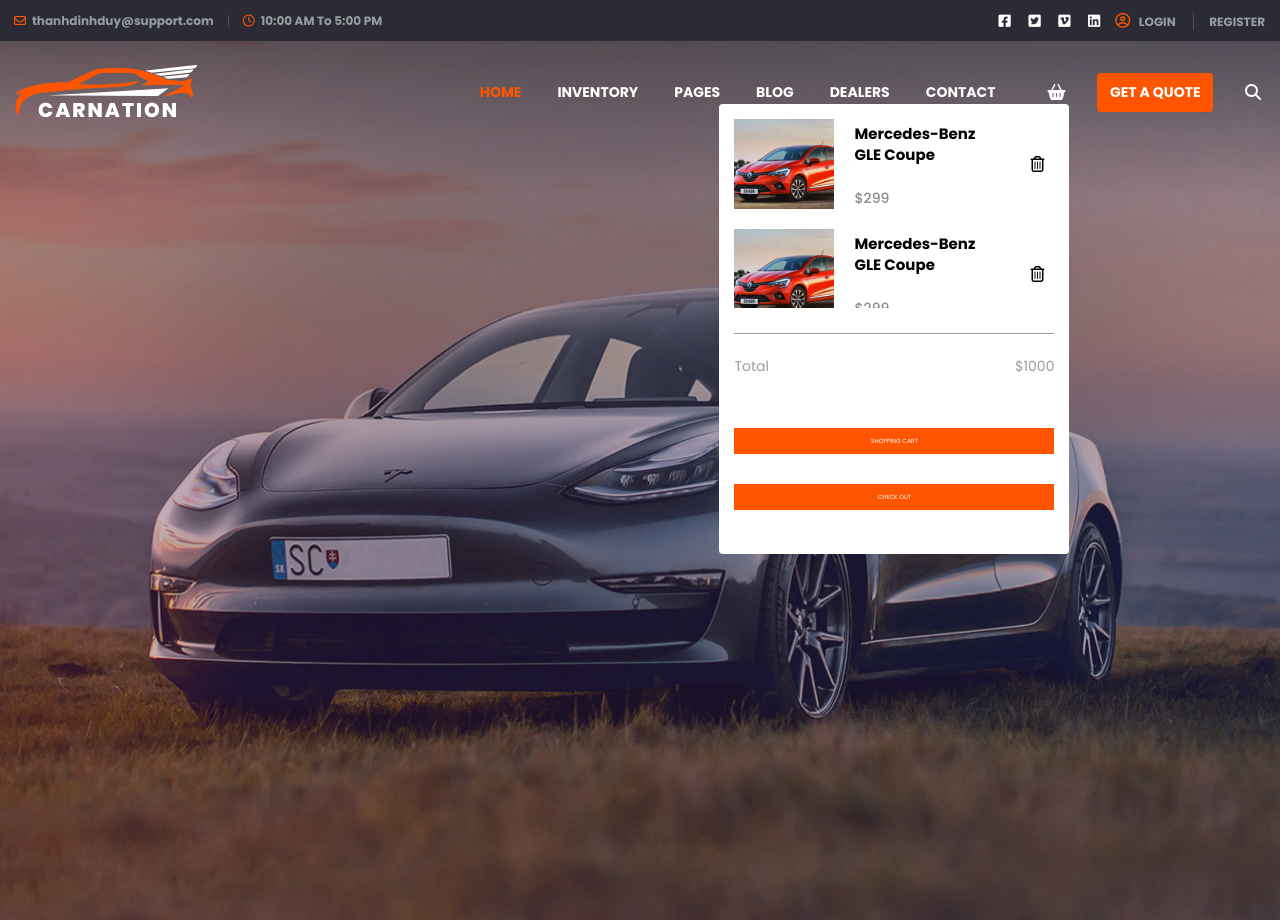
Repository: thanhdinh01/shopcar
Page: index.html
The author's editor kept a copy of each file at every save. The page is drawn from the files as they stood at one save, then again after the next save.
The browser window is 1280 px wide. The pictures show the whole page.
Some web libraries are served in a nearby version. The style sheet was rebuilt from its Sass, Less or Tailwind sources for each picture, by a compiler version that may differ from the author's.

Above is the page before, as saved 2022-08-10 21:17:38.

### index.html
<!DOCTYPE html>
<html lang="en">
  <head>
    <meta charset="UTF-8" />
    <meta http-equiv="X-UA-Compatible" content="IE=edge" />
    <meta name="viewport" content="width=device-width, initial-scale=1.0" />
    <title>Increase follower on social media</title>
    <link
      rel="stylesheet"
      href="https://cdnjs.cloudflare.com/ajax/libs/font-awesome/6.1.2/css/all.min.css"
      integrity="sha512-1sCRPdkRXhBV2PBLUdRb4tMg1w2YPf37qatUFeS7zlBy7jJI8Lf4VHwWfZZfpXtYSLy85pkm9GaYVYMfw5BC1A=="
      crossorigin="anonymous"
      referrerpolicy="no-referrer"
    />
    <link
      href="https://fonts.googleapis.com/css2?family=Poppins:wght@300;400;500;600;700&display=swap"
      rel="stylesheet"
    />
    <link rel="stylesheet" href="./css/reset.css" />
    <link rel="stylesheet" href="./css/style.css" />
  </head>

  <body>
    <div class="main">
      <!-- HEADER -->
      <header class="header">
        <div class="header-top">
          <div class="container">
            <div class="header-top-container dflex">
              <ul class="header-top-left">
                <li>
                  <i class="fa-regular fa-envelope"></i>
                  <p>thanhdinhduy@support.com</p>
                </li>
                <li>
                  <i class="fa-regular fa-clock"></i>
                  <p>10:00 AM To 5:00 PM</p>
                </li>
              </ul>
              <ul class="header-top-right">
                <li class="header-contact">
                  <a href="#"><i class="fa-brands fa-square-facebook"></i></a>
                  <a href="#"><i class="fa-brands fa-square-twitter"></i></a>
                  <a href="#"><i class="fa-brands fa-square-vimeo"></i></a>
                  <a href="#"><i class="fa-brands fa-linkedin"></i></a>
                </li>
                <li class="header-login">
                  <a href="#" class="login">
                    <i class="fa-regular fa-circle-user"></i> LOGIN
                  </a>
                  <a href="#" class="logup"> REGISTER </a>
                </li>
              </ul>
            </div>
          </div>
        </div>
        <div class="header-navigation">
          <div class="container p15 dflex">
            <div class="nav-logo">
              <a href="#" class="logo-link">
                <img src="./images/header/logo.png" alt="logo" />
              </a>
            </div>
            <div class="nav-total dflex">
              <ul class="nav-list dflex">
                <li class="nav-item active">
                  <a href="#">HOME</a>
                </li>
                <li class="nav-item">
                  <a href="#">INVENTORY </a>
                  <ul class="sub-list">
                    <li class="sub-item">
                      <a href="#">Inventory List</a>
                    </li>
                    <li class="sub-item">
                      <a href="#">Inventory Details</a>
                    </li>
                  </ul>
                </li>
                <li class="nav-item">
                  <a href="#">PAGES</a>
                  <ul class="sub-list">
                    <li class="sub-item">
                      <a href="#">About us</a>
                    </li>
                    <li class="sub-item">
                      <a href="#">Loan Calculator</a>
                    </li>
                    <li class="sub-item">
                      <a href="#">Login Page</a>
                    </li>
                  </ul>
                </li>
                <li class="nav-item">
                  <a href="#">BLOG</a>
                  <ul class="sub-list">
                    <li class="sub-item">
                      <a href="#">Our Blog</a>
                    </li>
                    <li class="sub-item">
                      <a href="#">Blog Details</a>
                    </li>
                  </ul>
                </li>
                <li class="nav-item">
                  <a href="#">DEALERS</a>
                </li>
                <li class="nav-item">
                  <a href="#">CONTACT</a>
                </li>
              </ul>
              <ul class="nav-interact dflex">
                <li class="cart">
                  <a href="#" class="cart-link">
                    <i class="fa-solid fa-basket-shopping"></i>
                  </a>
                  <div class="cart-wrap">
                    <div class="cart-top">
                      <div class="cart-item">
                        <a href="#" class="product-img">
                          <img
                            src="./images/latest-car/t_released_cars_thumb01.jpg"
                            alt=""
                          />
                        </a>
                        <div class="product-desc">
                          <a href="#" class="product-title"
                            >Mercedes-Benz GLE Coupe</a
                          >
                          <span class="product-price">$299</span>
                        </div>
                        <div class="delete-item">
                          <i class="fa-regular fa-trash-can"></i>
                        </div>
                      </div>
                      <div class="cart-item">
                        <a href="#" class="product-img">
                          <img
                            src="./images/latest-car/t_released_cars_thumb01.jpg"
                            alt=""
                          />
                        </a>
                        <div class="product-desc">
                          <a href="#" class="product-title">
                            Mercedes-Benz GLE Coupe
                          </a>
                          <span class="product-price">$299</span>
                        </div>
                        <div class="delete-item">
                          <i class="fa-regular fa-trash-can"></i>
                        </div>
                      </div>
                      <div class="cart-item">
                        <a href="#" class="product-img">
                          <img
                            src="./images/latest-car/t_released_cars_thumb01.jpg"
                            alt=""
                          />
                        </a>
                        <div class="product-desc">
                          <a href="#" class="product-title"
                            >Mercedes-Benz GLE Coupe Benz GLE Coupe</a
                          >
                          <span class="product-price">$299</span>
                        </div>
                        <div class="delete-item">
                          <i class="fa-regular fa-trash-can"></i>
                        </div>
                      </div>
                      <div class="cart-item">
                        <a href="#" class="product-img">
                          <img
                            src="./images/latest-car/t_released_cars_thumb01.jpg"
                            alt=""
                          />
                        </a>
                        <div class="product-desc">
                          <a href="#" class="product-title"
                            >Mercedes-Benz GLE Coupe</a
                          >
                          <span class="product-price">$299</span>
                        </div>
                        <div class="delete-item">
                          <i class="fa-regular fa-trash-can"></i>
                        </div>
                      </div>
                    </div>
                    <div class="cart-bottom">
                      <div class="cart-bottom-price">
                        <p>Total</p>
                        <span>$1000</span>
                      </div>
                      <div class="cart-bottom-buying">
                        <button class="button buy-now">SHOPPING CART</button>
                        <button class="button check-out">CHECK OUT</button>
                      </div>
                    </div>
                  </div>
                </li>
                <li class="quote">
                  <button class="button">GET A QUOTE</button>
                </li>
                <li class="search">
                  <i class="fa-solid fa-magnifying-glass"></i>
                </li>
              </ul>
            </div>
          </div>
        </div>
        <div class="header-main"></div>
        <div class="header-selection"></div>
      </header>
    </div>
  </body>
</html>

### css/style.scss
@import "reset";
@import "variables";
@import "global";
@import "header";

### css/_variables.scss
$primaryColor: #ff5400;
$blackColor: #000;
$whiteColor: #fff;
$textColor: #9c9c9c;

### css/_global.scss
body,
*,
html {
    font-family: 'Poppins', sans-serif;
    font-size: 62.5%;
    box-sizing: border-box;
}

.container {
    max-width: 1440px;
    margin: 0 auto;
}

.dflex {
    display: flex;
    justify-content: space-between;
    align-items: center;
}

.button {
    outline: none;
    border: none;
    color: $whiteColor;
    background-color: $primaryColor;
    line-height: 1;
}

.p15 {
    padding: 0 15px;
}

### css/_header.scss
.header {
  background: url("../images/header/banner_bg02.jpg") center/ cover no-repeat;
  height: 920px;
  .header-top {
    max-width: 100%;
    height: 41px;
    background-color: #2b2b35;
    color: #979da0;
    font-size: 1.2rem;
    font-weight: 700;
    &-container,
    .container {
      height: 100%;
    }
    &-left {
      display: flex;
      li:first-child {
        border-right: 1px solid #4f4f4f;
      }
      li {
        display: flex;
        align-items: center;
        padding: 0 14px;
        i {
          color: $primaryColor;
          margin-right: 6px;
        }
      }
    }
    &-right {
      display: flex;
      align-items: center;
      .header-contact {
        a {
          color: $whiteColor;
          margin-left: 15px;
          font-size: 1.4rem;
          text-decoration: none;
          i {
            display: inline-block;
          }
          &:hover {
            color: $primaryColor;
          }
        }
      }
      .header-login {
        a {
          text-decoration: none;
          color: #979da0;
          padding: 0 15px;
          font-size: 12px;
          &:first-child {
            padding-right: 15px;
            border-right: 1px solid #4f4f4f;
            i {
              color: $primaryColor;
              margin-right: 6px;
              font-size: 1.5rem;
            }
          }
          &:hover {
            color: $primaryColor;
          }
        }
      }
    }
  }
  .header-navigation {
    padding-top: 24px;
    position: relative;
    &::after {
      content: "";
      position: absolute;
      left: 0;
      top: 0;
      width: 100%;
      height: 156px;
      background: linear-gradient(to bottom, #151515, transparent);
      opacity: 0.47;
    }
    .nav-logo,
    .nav-total {
      z-index: 1;
    }
    .nav-list {
      margin-right: 30px;
      .nav-item.active {
        a {
          color: $primaryColor;
        }
      }
      .nav-item {
        position: relative;
        a {
          padding: 20px 18px;
          display: inline-block;
          text-decoration: none;
          font-size: 14px;
          font-weight: 700;
          color: $whiteColor;
          &:hover {
            color: $primaryColor;
          }
        }
        &:hover .sub-list {
          opacity: 1;
          visibility: visible;
          transform: scale(1);
        }
        .sub-list {
          position: absolute;
          top: 100%;
          left: 0;
          width: 200px;
          padding: 15px 0;
          background-color: $whiteColor;
          box-shadow: 0px 30px 70px 0px rgb(137 139 142 / 15%);
          transform: scale(1, 0);
          transform-origin: 0 0;
          opacity: 0;
          visibility: hidden;
          transition: all 0.3s ease-in-out;
          .sub-item a {
            color: $blackColor;
            display: block;
            padding: 16px 18px;
            &:hover {
              color: $primaryColor;
            }
          }
        }
      }
    }
    .nav-interact {
      gap: 0 28px;
      .cart {
        position: relative;
        .cart-link {
          display: block;
          padding: 4px;
          i {
            font-size: 1.6rem;
            color: $whiteColor;
          }
        }
        .cart-wrap {
          position: absolute;
          right: 0;
          top: 100%;
          height: 450px;
          width: 350px;
          padding: 15px;
          display: flex;
          flex-direction: column;
          justify-content: space-between;
          background-color: $whiteColor;
          border-radius: 4px;
          .cart-top {
            max-height: 45%;
            width: 100%;
            overflow: auto;
            flex-shrink: 0;
            .cart-item {
              display: flex;
              // align-items: center;
              gap: 0 20px;
              margin-bottom: 20px;
              .product-img {
                width: 100px;
                height: 90px;
                display: block;
                flex-shrink: 0;
                img {
                  width: 100%;
                  height: 100%;
                  object-fit: cover;
                  display: block;
                }
              }
              .product-desc {
                display: flex;
                flex-direction: column;
                margin: 4px 0;
                .product-title {
                  display: block;
                  font-size: 1.5rem;
                  font-weight: 700;
                  text-decoration: none;
                  color: $blackColor;
                  line-height: 1.4;
                  &:hover {
                    color: $primaryColor;
                  }
                }
                .product-price {
                  display: block;
                  color: #8b8b8b;
                  font-size: 1.4rem;
                  font-weight: 500;
                  margin-top: auto;
                }
              }
              .delete-item {
                display: flex;
                align-items: center;
              }
              i {
                font-size: 1.6rem;
                padding: 0 10px;
                cursor: pointer;
                &:hover {
                  color: $primaryColor;
                }
              }
            }
          }
          .cart-bottom {
            margin-top: 25px;
            flex: 1;
            border-top: 1px solid $textColor;
            display: flex;
            flex-direction: column;
            &-price {
              font-size: 1.4rem;
              color: $textColor;
              display: flex;
              justify-content: space-between;
              margin: 25px 0;
            }
            &-buying {
              // display: flex;
              // flex-direction: column;
              margin-top: auto;
              .button {
                display: block;
                padding: 10px;
                width: 100%;
                margin: 30px 0;
              }
            }
          }
        }
      }
      .quote {
        button {
          color: $whiteColor;
          font-size: 1.4rem;
          font-weight: 700;
          padding: 12.5px;
          border-radius: 4px;
          min-width: 44px;
          cursor: pointer;
          transition: all 0.3s ease;
          &:hover {
            background-color: $blackColor;
          }
        }
      }
      .search {
        i {
          display: block;
          font-size: 1.6rem;
          padding: 4px;
          color: $whiteColor;
          cursor: pointer;
        }
      }
    }
  }
}

Loaded but not shown: css/reset.css (common file); css/_reset.scss (common file)

After the next save:
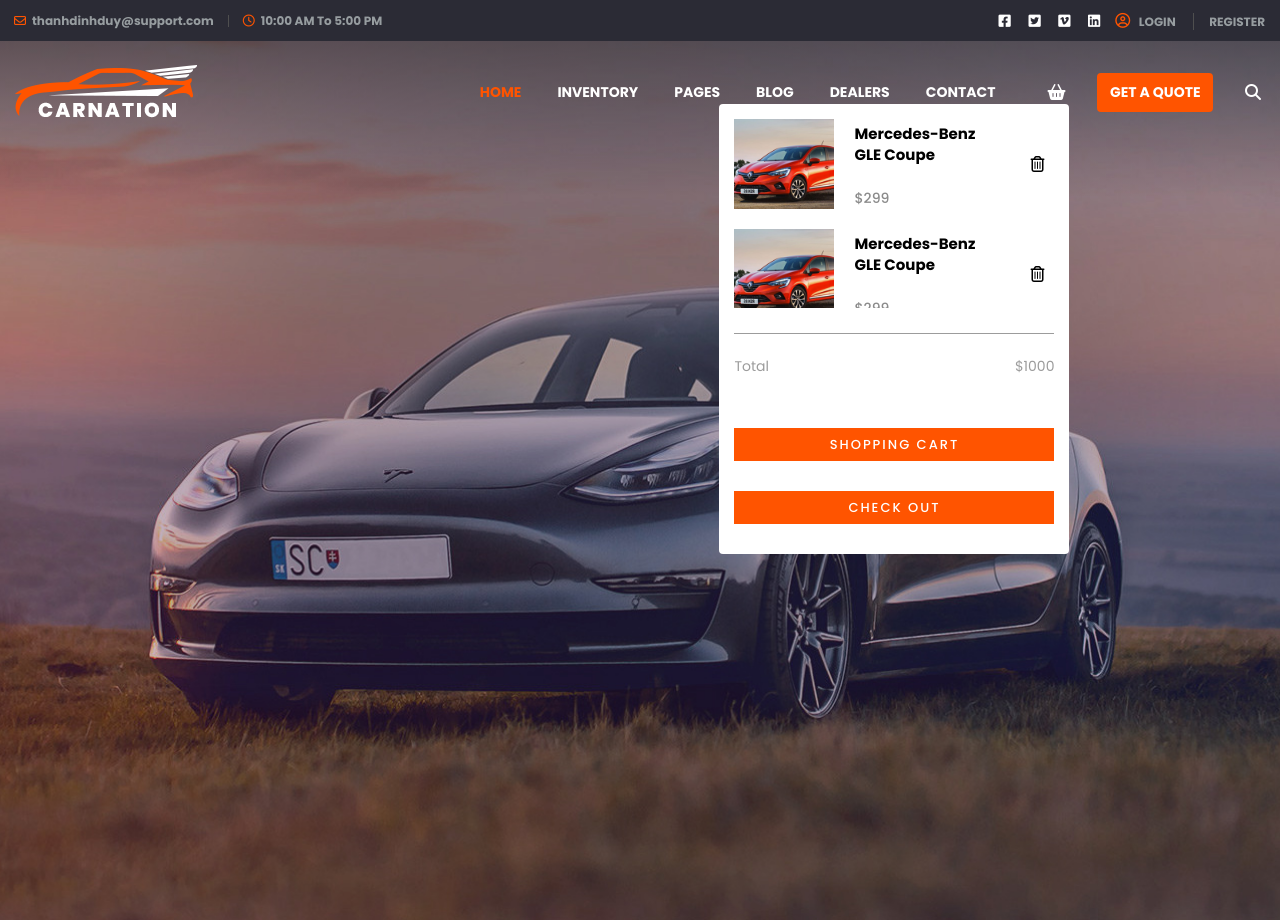
Saved 77 s later.
--- a/css/_header.scss
+++ b/css/_header.scss
@@ -237,6 +237,9 @@
                 padding: 10px;
                 width: 100%;
                 margin: 30px 0;
+                font-size: 1.3rem;
+                font-weight: 500;
+                letter-spacing: 2px;
               }
             }
           }
